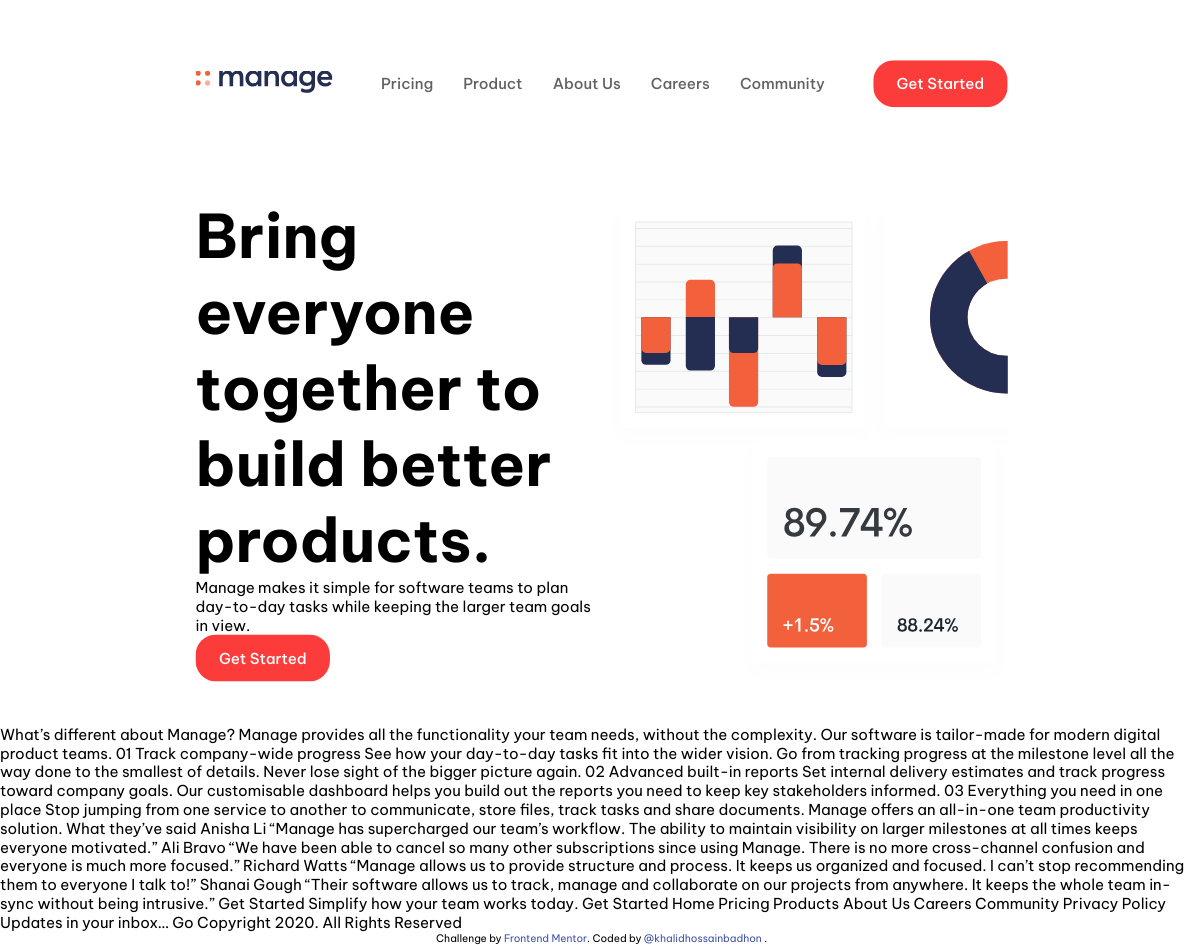
Repository: badhon252/revision
Page: manage-landing-page-master/index.html
An editor plug-in stored every save of this project. The page is shown before and after the next save, followed by the edit.
The browser window is 1280 px wide. The pictures show the whole page, at 94% of full size.
The style sheet was rebuilt from its Sass, Less or Tailwind sources for each picture, by a compiler version that may differ from the author's.

Above is the page before, as saved 2022-08-07 17:26:00.

After the next save:
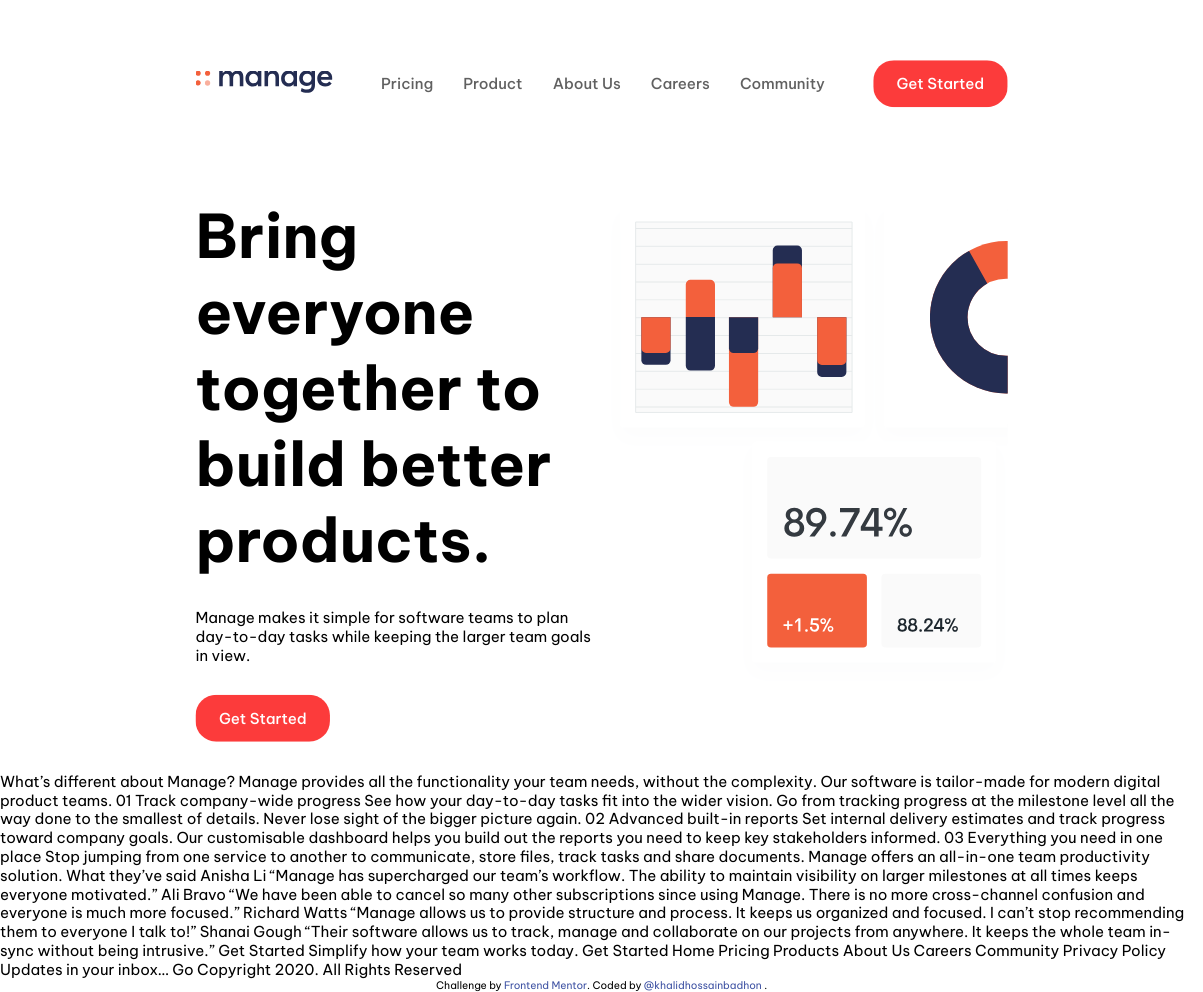
Saved 73 s later.
--- a/manage-landing-page-master/sass/style.scss
+++ b/manage-landing-page-master/sass/style.scss
@@ -66,6 +66,10 @@ header {
     h1 {
       font-size: 4rem;
     }
+    p {
+      font-size: 1rem;
+      padding: 2rem 0;
+    }
   }
 }
 
